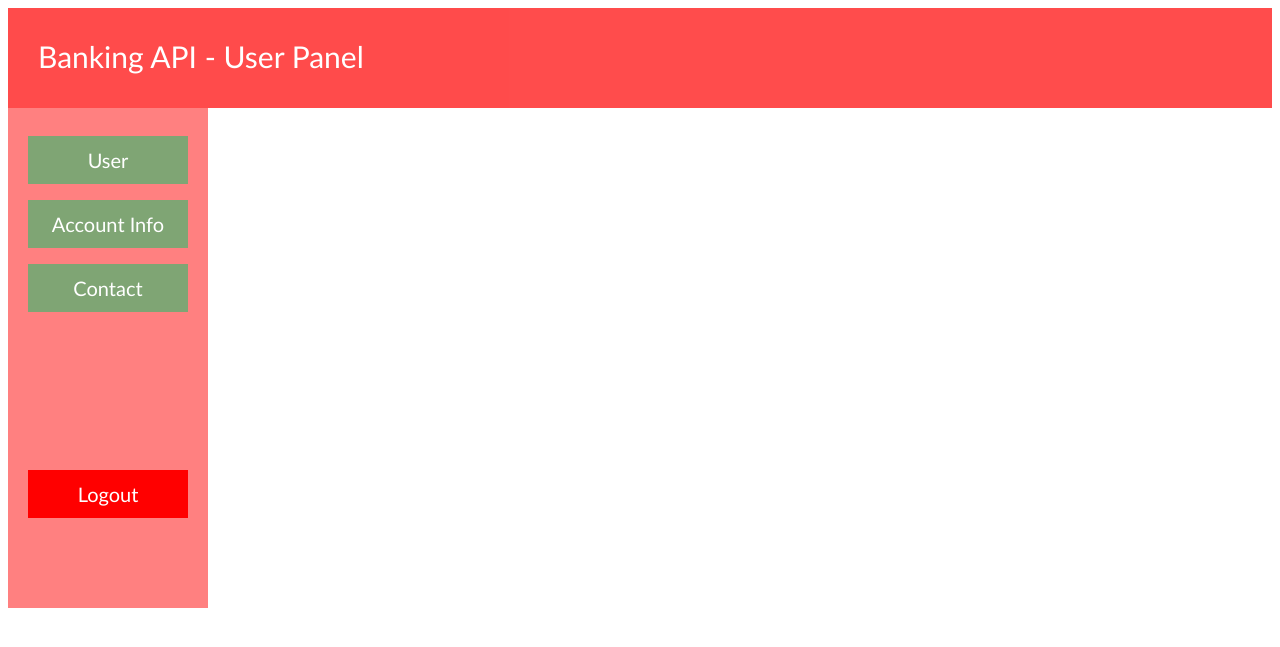
Repository: kennyufish/Revature_ROCP1_Project_Banking_API
Page: banking_api/src/main/webapp/adminInfo.html
The author's editor kept a copy of each file at every save. The page is drawn from the files as they stood at one save, then again after the next save.
The browser window is 1280 px wide. The pictures show the whole page.

Above is the page before, as saved 2020-10-13 18:53:28.

After the next save:
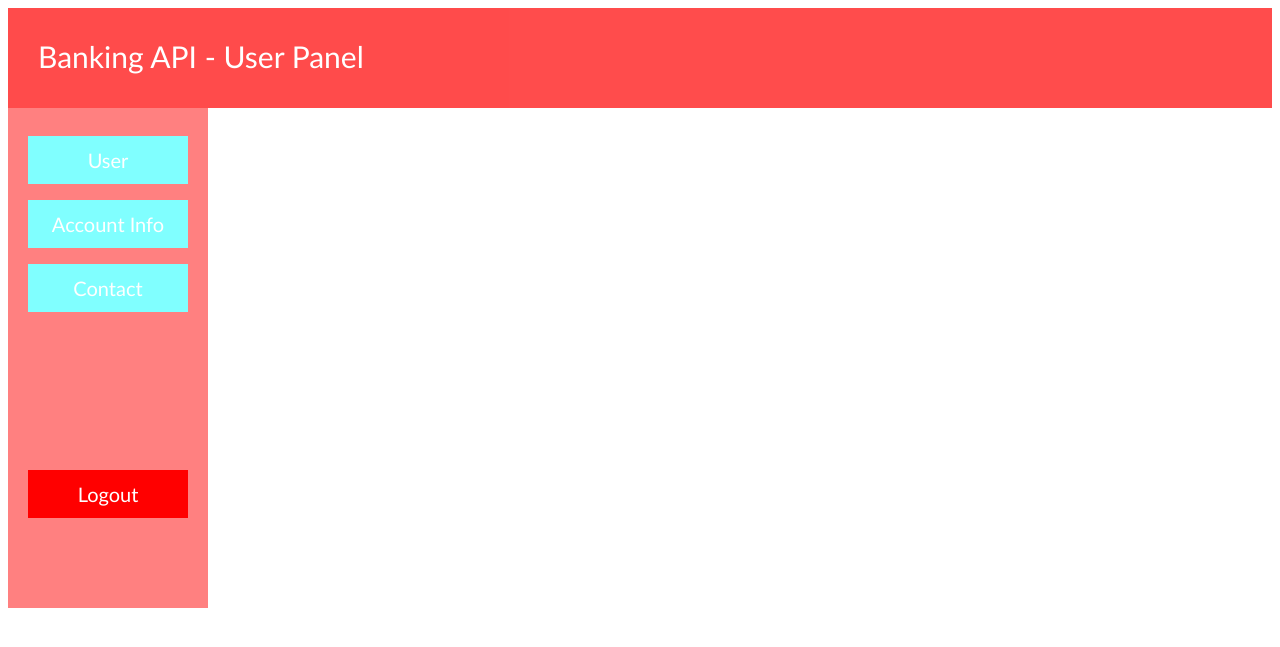
Saved 25 s later.
--- a/banking_api/src/main/webapp/adminInfo.html
+++ b/banking_api/src/main/webapp/adminInfo.html
@@ -17,14 +17,14 @@
 	<section>
 		<nav class="adminInfoNav">
 			<form action="userInfo" method="post">
-				<button type="submit">User</button>
+				<button class="adminNavButton" type="submit">User</button>
 			</form>
 			<form action="displayAccount" method="post">
-				<button type="submit">Account Info</button>
+				<button class="adminNavButton" type="submit">Account Info</button>
 			</form>
 
 			<form action="contacts" method="post">
-				<button type="submit">Contact</button>
+				<button class="adminNavButton" type="submit">Contact</button>
 			</form>
 
 			<form action="logout" method="post">
